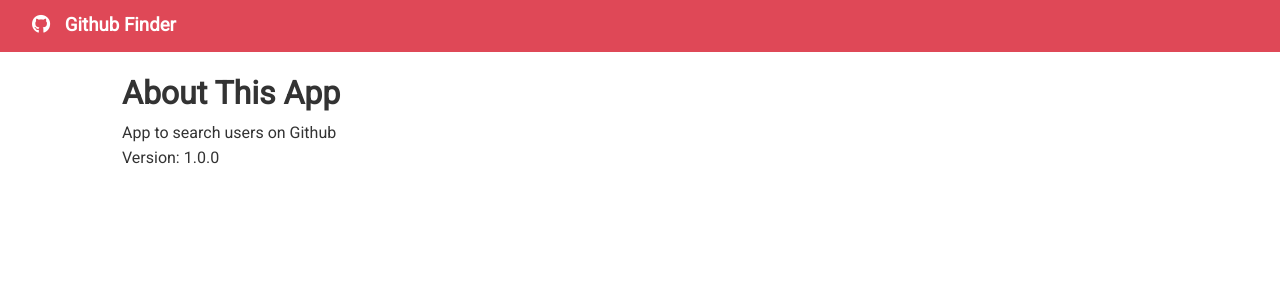
Repository: priyavmehta/Github-Finder
Page: /about
An editor plug-in stored every save of this project. The page is shown before and after the next save, followed by the edit.
The browser window is 1280 px wide. The pictures show the whole page.
The page's requests for data from a server got no answer. Some web libraries are served in a nearby version. The project was rebuilt for these pictures with package versions that can differ from the ones it lists, and the page was loaded fresh each time. No one was signed in, and anything a server would have sent is missing. Also part of the build but not shown: src/components/users/UserProfile.js, src/components/layout/Spinner.js, src/components/users/Users.js, src/components/users/Search.js, src/components/layout/Alert.js.

Above is the page before, as saved 2020-07-04 21:24:57.

### public/index.html
<!DOCTYPE html>
<html lang="en">
  <head>
    <meta charset="utf-8" />
    <link rel="icon" href="%PUBLIC_URL%/favicon.ico" />
    <meta name="viewport" content="width=device-width, initial-scale=1" />
    <meta name="theme-color" content="#000000" />
    <meta
      name="description"
      content="Web site created using create-react-app"
    />
    <link rel="apple-touch-icon" href="%PUBLIC_URL%/logo192.png" />
    <!--
      manifest.json provides metadata used when your web app is installed on a
      user's mobile device or desktop. See https://developers.google.com/web/fundamentals/web-app-manifest/
    -->
    <link rel="manifest" href="%PUBLIC_URL%/manifest.json" />
    <script src="https://kit.fontawesome.com/c3f9cf1e2c.js" crossorigin="anonymous"></script>

    <title>Github Finder</title>
  </head>
  <body>
    <noscript>You need to enable JavaScript to run this app.</noscript>
    <div id="root"></div>

  </body>
</html>

### src/App.js
import React, { Component, Fragment } from 'react';
import { BrowserRouter as Router, Switch, Route } from 'react-router-dom'
import './App.css';
import Navbar from './components/layout/Navbar';
import Users from './components/users/Users';
import axios from 'axios'
import Search from './components/users/Search';
import Alert from './components/layout/Alert';
import About from './components/pages/About';


class App extends Component {

  state = {
    users : [],
    loading : false,
    clear : false,
    alert : null
  }

  async componentDidMount () {

    this.setState({
      loading : true
    })
    const res = await axios.get(`https://api.github.com/users?client_id=${process.env.REACT_APP_GITHUB_CLIENT_ID}&client_secret=${process.env.REACT_APP_GITHUB_CLIENT_SECRET}`);
    this.setState({
      users : res.data,
      loading : false
    })
  }

  searchUsers = async (text) => {

    this.setState({
      loading : true
    })
    const res = await axios.get(`https://api.github.com/search/users?q=${text}&client_id=${process.env.REACT_APP_GITHUB_CLIENT_ID}&client_secret=${process.env.REACT_APP_GITHUB_CLIENT_SECRET}`);
    this.setState({
      users : res.data.items,
      loading : false,
      clear : true
    })
    console.log(text)
  }

  clearUsers = async () => {

    this.setState({
      loading : true
    })
    const res = await axios.get(`https://api.github.com/users?client_id=${process.env.REACT_APP_GITHUB_CLIENT_ID}&client_secret=${process.env.REACT_APP_GITHUB_CLIENT_SECRET}`);
    this.setState({
      users : res.data,
      loading : false,
      clear : false
    })

  }

  setAlert = (msg, type) =>{
    this.setState ({ alert : { msg, type } })

    setTimeout (() => this.setState({ alert : null}), 5000)
  }

  render() {
    const { users, loading, clear } = this.state;

    return (
      <Router>
        <div className="App">
          <Navbar />

          <div className="container">
            <Alert alert = {this.state.alert}/>
            <Switch>
              <Route exact path = '/' render = {props =>(
                <Fragment>
                  <Search
                    searchUsers = {this.searchUsers}
                    clearUsers = {this.clearUsers}
                    showClear = {clear}
                    setAlert = {this.setAlert}/>
                  <Users loading = {loading} users = {users} />
                </Fragment>
              )} />
              <Route exact path = '/about' component = {About}/>
            </Switch>
          </div>
        </div>
      </Router>
    );
  }
}

export default App;

### src/components/layout/Navbar.js
import React from 'react'
import PropTypes from 'prop-types'

const Navbar = ({icon, title}) => {

    return (
        <nav className = "navbar bg-primary">
            <h3>
                <i className ={icon} style = {{marginRight : 10 + 'px'}}/> {title}
            </h3>
        </nav>
    )
}

Navbar.defaultProps = {
    title : "Github Finder",
    icon : "fab fa-github"
};

Navbar.propTypes = {
    title : PropTypes.string.isRequired,
    icon : PropTypes.string.isRequired
};

export default Navbar

### src/components/pages/About.js
import React, { Fragment } from 'react'

const About = () => {
    return (
        <Fragment>
            <h1>About This App</h1>
            <p>App to search users on Github</p>
            <p>Version: 1.0.0</p>
        </Fragment>
    )
}

export default About

Loaded but not shown: src/index.js (common file); src/App.css (common file)

After the next save:
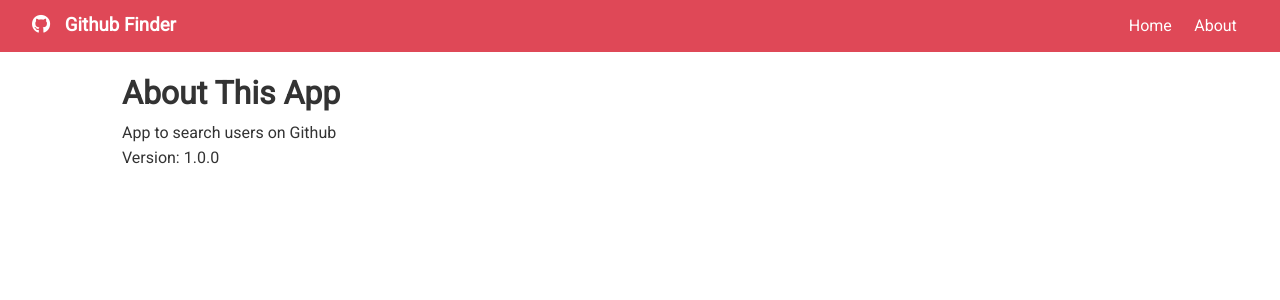
Saved 73 s later.
--- a/src/components/layout/Navbar.js
+++ b/src/components/layout/Navbar.js
@@ -1,5 +1,6 @@
 import React from 'react'
 import PropTypes from 'prop-types'
+import { Link } from 'react-router-dom'
 
 const Navbar = ({icon, title}) => {
 
@@ -8,6 +9,10 @@ const Navbar = ({icon, title}) => {
             <h3>
                 <i className ={icon} style = {{marginRight : 10 + 'px'}}/> {title}
             </h3>
+            <ul>
+                <li><Link to="/">Home</Link></li>
+                <li><Link to="/about">About</Link></li>
+            </ul>
         </nav>
     )
 }
